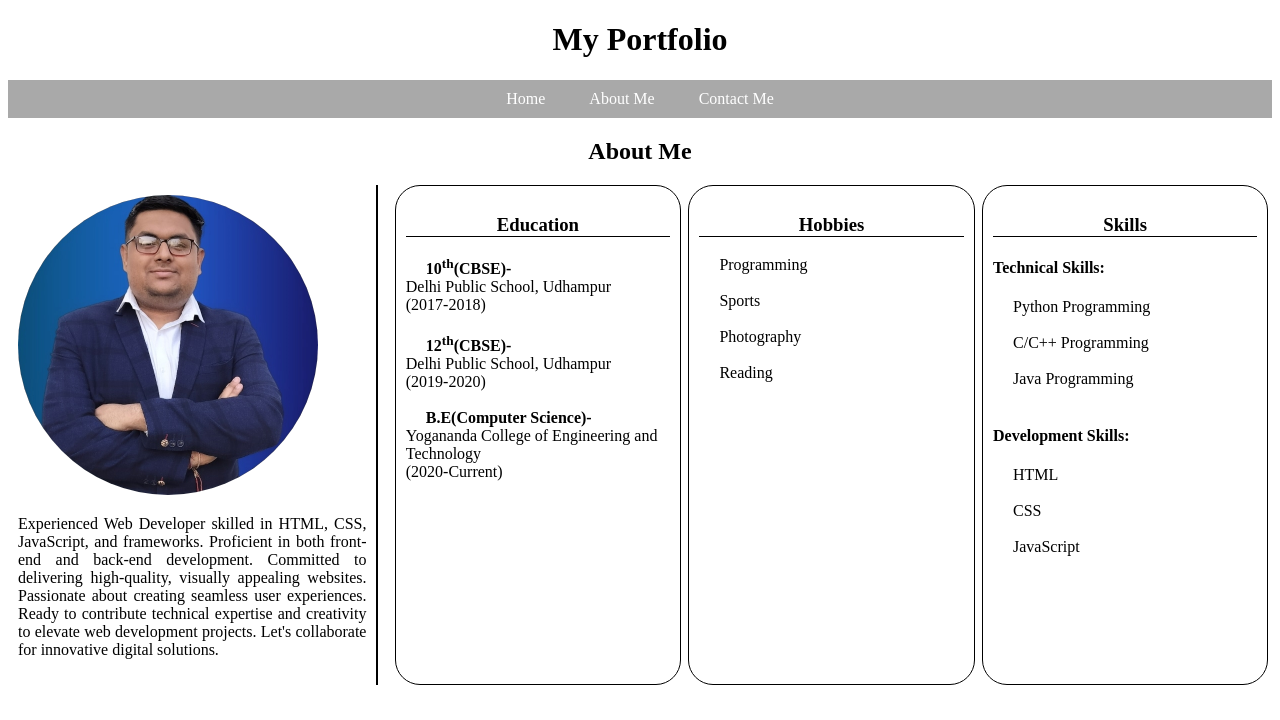
Repository: harshitanthal1/my_portfolio
Page: aboutme.html
An editor plug-in stored every save of this project. The page is shown before and after the next save, followed by the edit.
The browser window is 1280 px wide. The pictures show the whole page.

Above is the page before, as saved 2024-02-04 20:26:25.

### aboutme.html
<!DOCTYPE html>
<html lang="en">
<head>
    <meta charset="UTF-8">
    <meta name="viewport" content="width=device-width, initial-scale=1.0">
    <title>My Portfolio</title>
    <link rel="stylesheet" href="styles/styles.css" />
</head>
<body>
    <header><h1>My Portfolio</h1></header>
    <nav>
        <li><a href="index.html" >Home</a></li>
        <li><a href="aboutme.html" >About Me</a></li>
        <li><a href="contactme.html" >Contact Me</a></li>
    </nav>
    <h2>About Me</h2>
    <main>
    <div id="profile">
        <img src="images/my_pic.jpg" width="300px" alt="Avatar" />
        <p id="profile-summery">
            Experienced Web Developer skilled in HTML, CSS, JavaScript, and frameworks. Proficient in both front-end and back-end development. Committed to delivering high-quality, visually appealing websites. Passionate about creating seamless user experiences. Ready to contribute technical expertise and creativity to elevate web development projects. Let's collaborate for innovative digital solutions.
        </p>
        </div>
    <div id="info">
        <div class="sub-box">
            <h3>Education</h3>
            <li><b>10<sup>th</sup>(CBSE)-<br /></b>Delhi Public School, Udhampur<br /> (2017-2018)</li>
            <br/>
            <br/>
            <li><b>12<sup>th</sup>(CBSE)-</b><br />Delhi Public School, Udhampur<br /> (2019-2020)</li>
            <br />
            <br/>
            <li><b>B.E(Computer Science)-</b><br />Yogananda College of Engineering and Technology<br />(2020-Current)</li>
        </div>
        <div class="sub-box">
            <h3>Hobbies</h3>
                <li>Programming</li><br /><br />
                <li>Sports</li><br /><br />
                <li>Photography</li><br /><br />
                <li>Reading</li><br /><br />
        </div>
        <div class="sub-box">
            <h3>Skills</h3>
            <h4>Technical Skills:</h4>
            <li>Python Programming</li><br /><br />
            <li>C/C++ Programming</li><br /><br />
            <li>Java Programming</li><br /><br />
            <h4>Development Skills:</h4>
            <li>HTML</li><br /><br />
            <li>CSS</li><br /><br />
            <li>JavaScript</li><br /><br />
        </div>
    </div>
    </main>
</body>
</html>

### styles/styles.css
header {
    text-align: center;
}

nav {
    background-color: darkgrey;
    color: white;
    padding: 10px;
    text-align: center;
}

li {
    display: inline;
    margin-right: 20px;
    margin-left: 20px;
}

a {
    text-decoration: none;
    color: white;
}

main {
    display: flex;
    flex-direction: row;
}

#profile {
    width: 29%;
    margin-right: 1%;;
    padding: 10px;
    width: 350px;
    border-right: 2px solid black;
}

#info {
    display: flex;
    width: 70%;
    justify-content: space-around;
}

.sub-box {
    width: 30%;
    border: 1.5px solid black;
    border-radius: 25px;
    padding: 10px;
}

h3 {
    text-align: center;
    border-bottom: 1.5px solid black;

}

#profile-summery {
    text-align: justify;
}

#home-intro {
    font-size: 44px;
    margin-left: 3%;
    margin-top: 3%;
    border-left: 2px solid black;
    padding-left: 20px;
}

img {
    border-radius: 50%;
}

h2 {
    text-align: center;
}

form {
    margin-left: 43%;

}

After the next save:
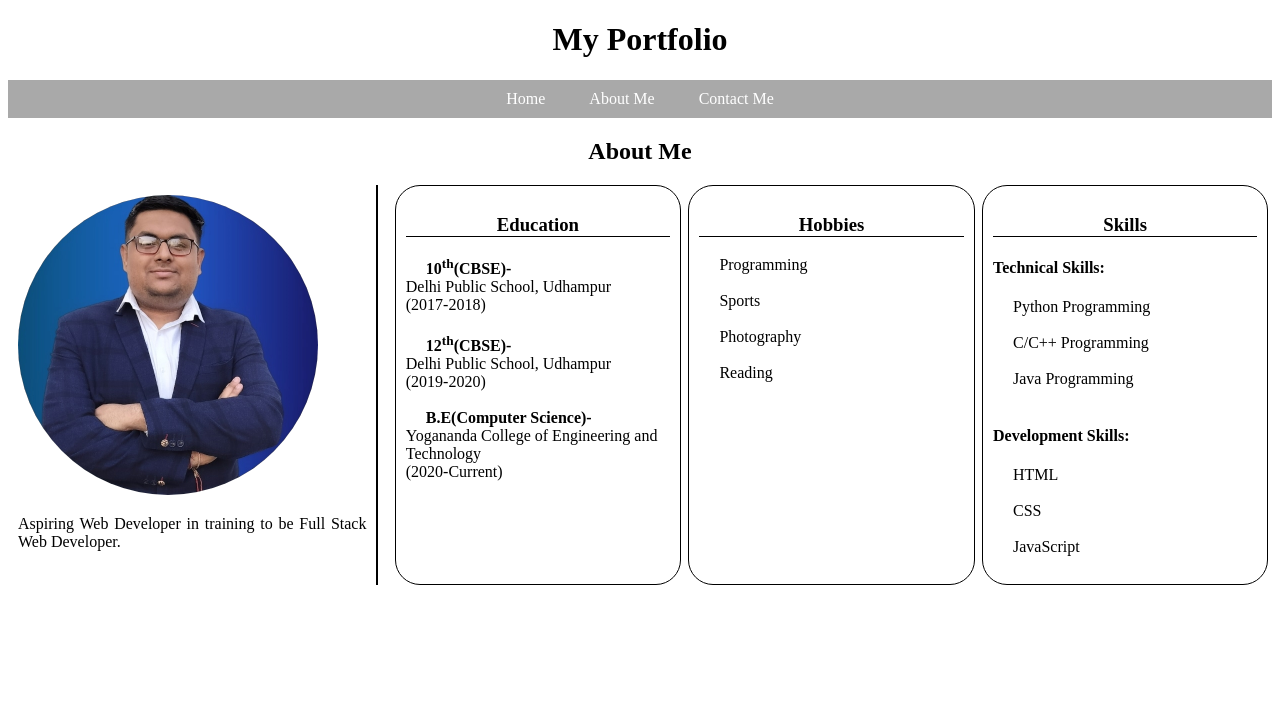
Saved 1 s later.
--- a/aboutme.html
+++ b/aboutme.html
@@ -18,7 +18,7 @@
     <div id="profile">
         <img src="images/my_pic.jpg" width="300px" alt="Avatar" />
         <p id="profile-summery">
-            Experienced Web Developer skilled in HTML, CSS, JavaScript, and frameworks. Proficient in both front-end and back-end development. Committed to delivering high-quality, visually appealing websites. Passionate about creating seamless user experiences. Ready to contribute technical expertise and creativity to elevate web development projects. Let's collaborate for innovative digital solutions.
+            Aspiring Web Developer in training to be Full Stack Web Developer.
         </p>
         </div>
     <div id="info">
